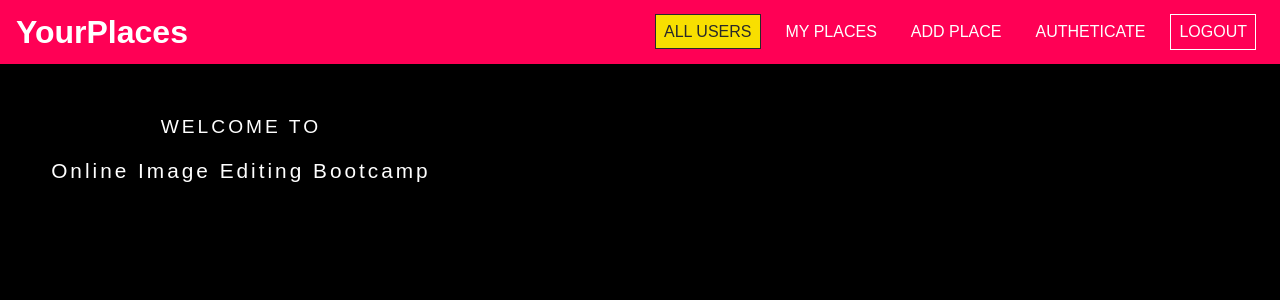
Repository: TanviSanyal/ImageEditingBootcamp
Page: /
An editor plug-in stored every save of this project. The page is shown before and after the next save, followed by the edit.
The browser window is 1280 px wide. The pictures show the whole page.
The project was rebuilt for these pictures with package versions that can differ from the ones it lists, and the page was loaded fresh each time. Also part of the build but not shown: src/shared/components/navigation/SideDrawer.css, src/shared/components/UIElements/Backdrop.css, src/shared/components/UIElements/Backdrop.js.

Above is the page before, as saved 2020-09-26 22:59:58.

After the next save:
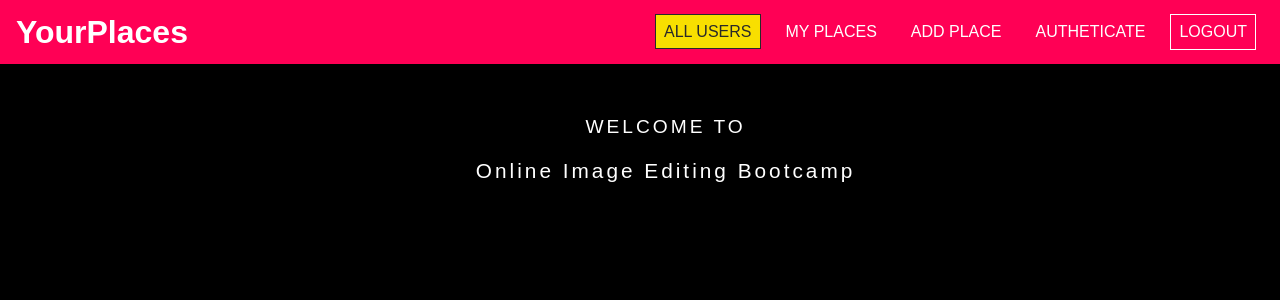
Saved 37 s later.
--- a/src/App.css
+++ b/src/App.css
@@ -5,7 +5,7 @@
 }
 .main-body{
   text-align: center;
-  position: absolute;
+  /* position: absolute; */
   padding-top: 5vh;
   padding-left: 4%;
 
